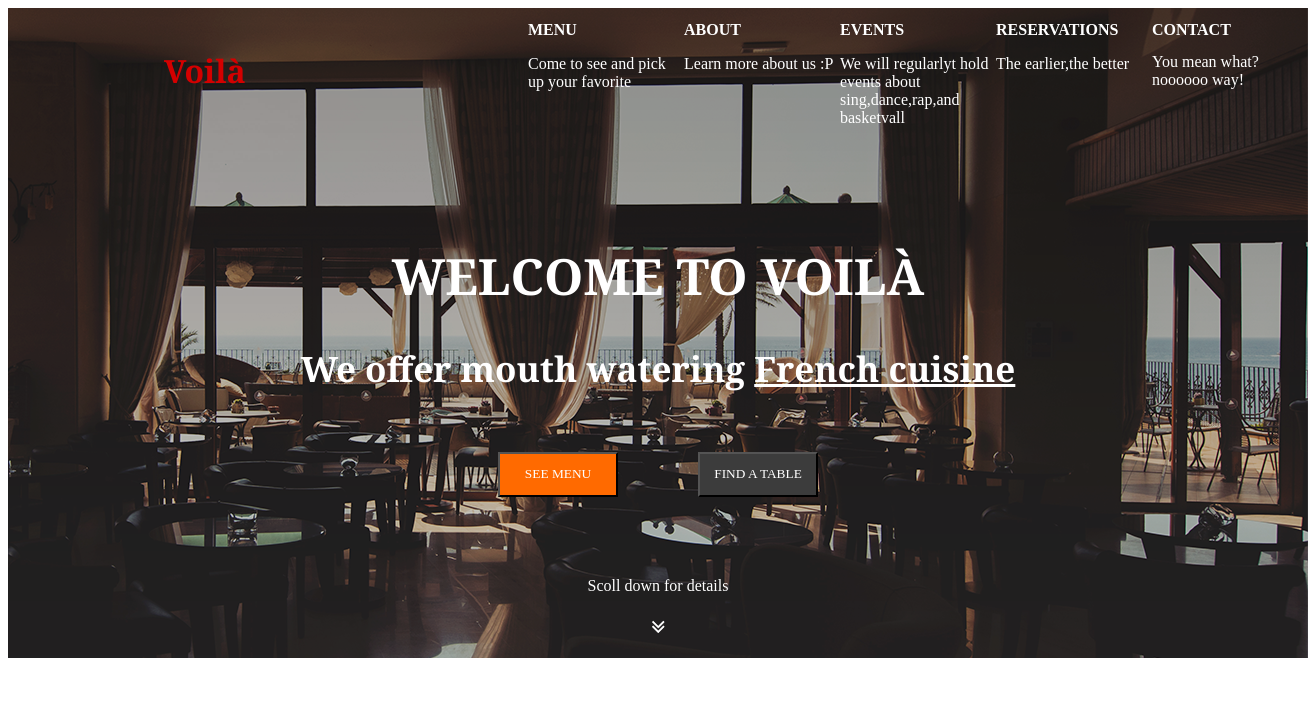
Repository: sis-shen/HTML_vsc
Page: adc_v2/index.html
The author's editor kept a copy of each file at every save. The page is drawn from the files as they stood at one save, then again after the next save.
The browser window is 1280 px wide. The page is 1308 px wide, so the pictures cover 1308 px, including what lies to the right of the window. The pictures show the whole page.

Above is the page before, as saved 2023-08-14 09:32:07.

After the next save:
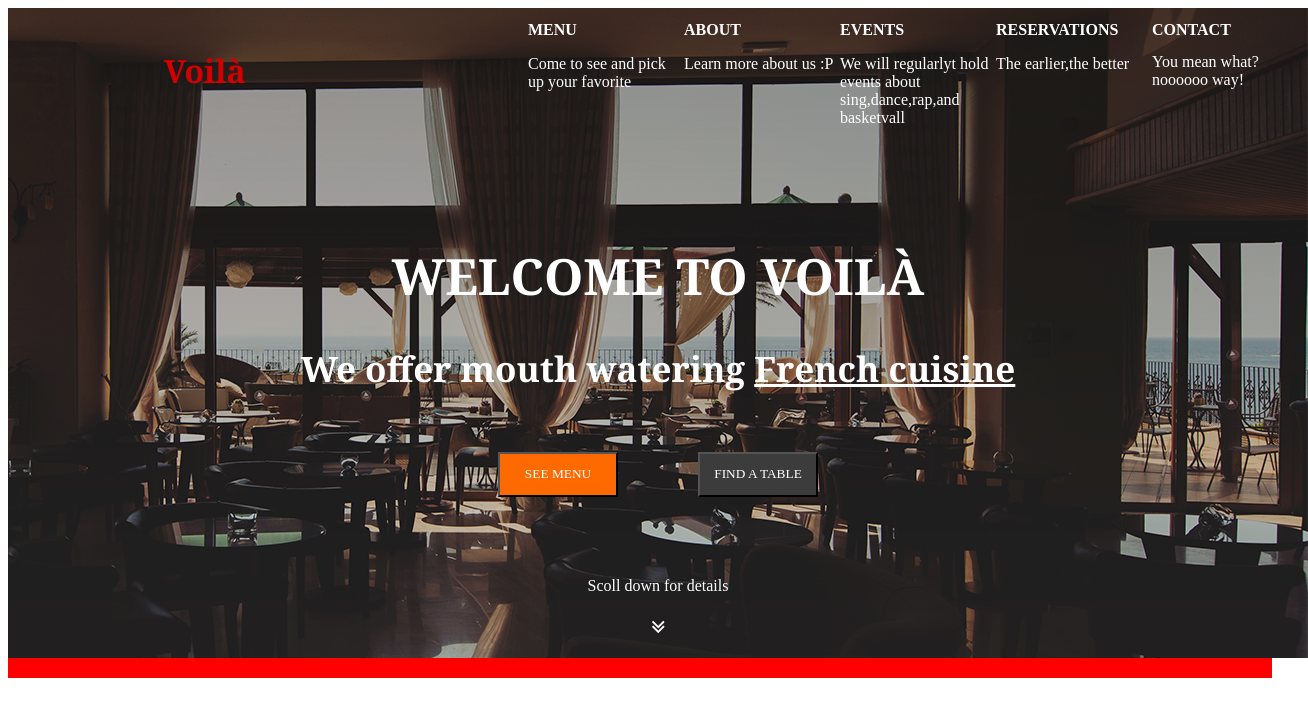
Saved 3 s later.
--- a/adc_v2/index.html
+++ b/adc_v2/index.html
@@ -44,9 +44,21 @@
             <img src="img/down-arrow-icon.png" alt="">
 
         </div>
+    </div>
 
+    <div class="top2-box">
+        <div class="up-box">
+            <div class="up-left">
 
+            </div>
 
+            <div class="up-right">
+
+            </div>
+        </div>
+        <div class="down-box">
+
+        </div>
     </div>
 </body>
 </html>
